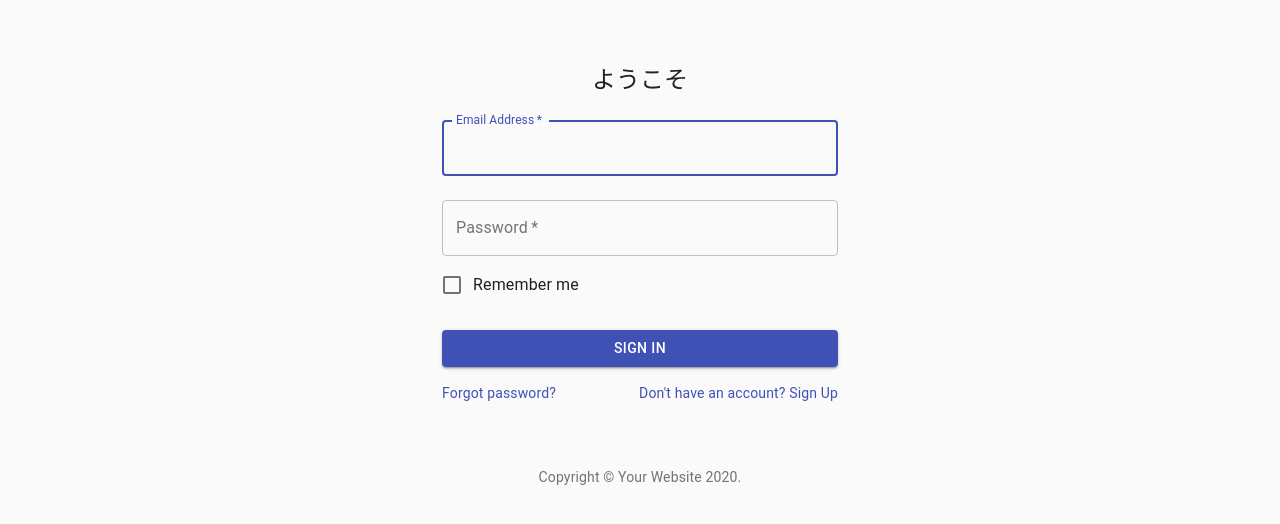
Repository: Yamayu08/idobatakaigi
Page: /
An editor plug-in stored every save of this project. The page is shown before and after the next save, followed by the edit.
The browser window is 1280 px wide. The pictures show the whole page.
The project was rebuilt for these pictures with package versions that can differ from the ones it lists, and the page was loaded fresh each time.

Above is the page before, as saved 2021-02-18 02:21:15.

After the next save:
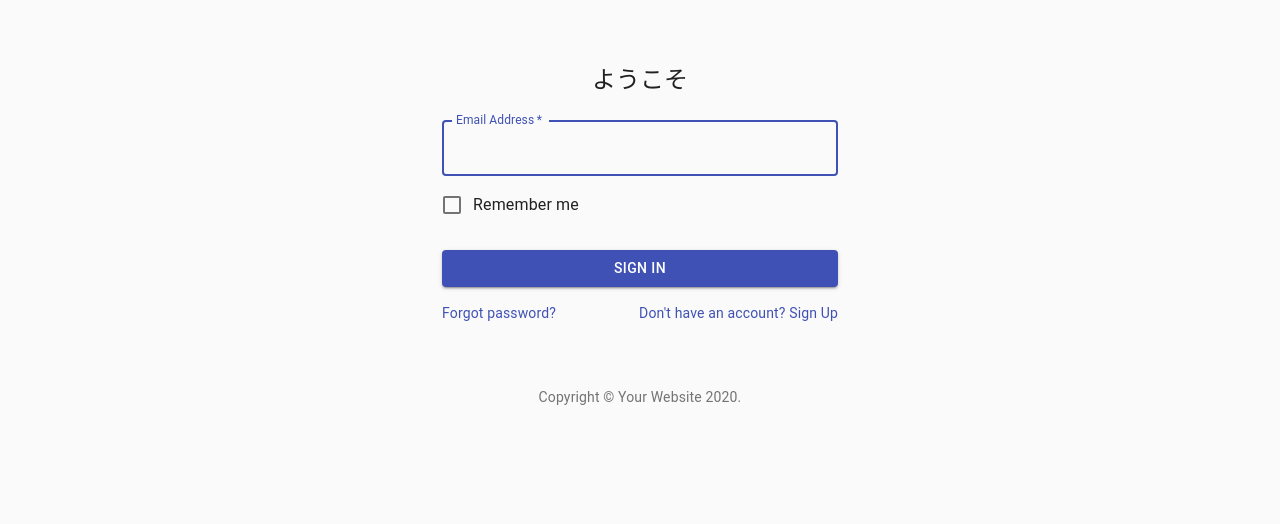
Saved 24 s later.
--- a/src/components/SignIn.js
+++ b/src/components/SignIn.js
@@ -68,17 +68,6 @@ export default function SignIn() {
             autoComplete="email"
             autoFocus
           />
-          <TextField
-            variant="outlined"
-            margin="normal"
-            required
-            fullWidth
-            name="password"
-            label="Password"
-            type="password"
-            id="password"
-            autoComplete="current-password"
-          />
           <FormControlLabel
             control={<Checkbox value="remember" color="primary" />}
             label="Remember me"
